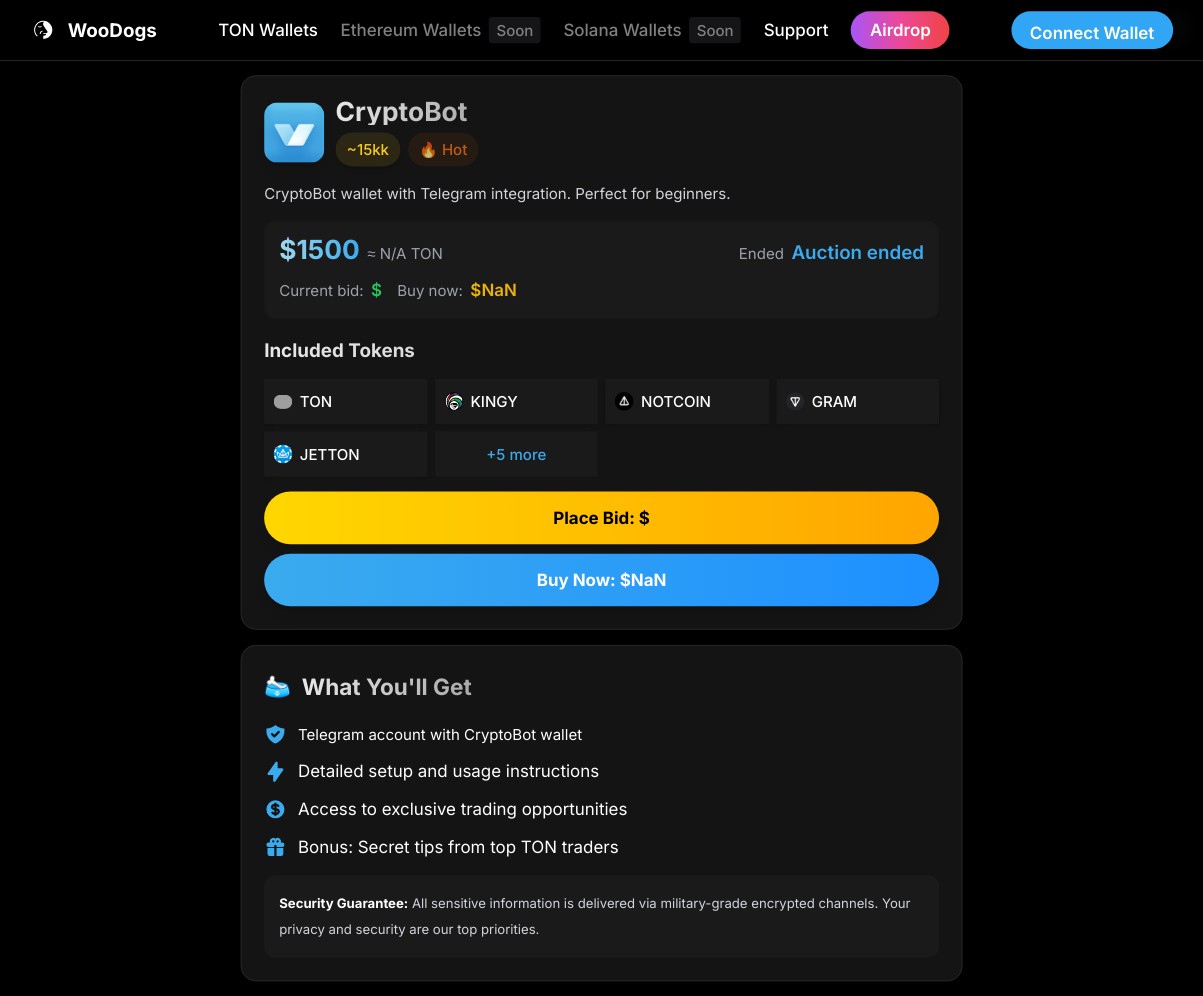
Repository: itititi/woofdogs_off
Page: /wallet/cryptobot-1
These files come from the project's save history. The page is drawn as it stood at one moment and after the next save; the edit follows.
The browser window is 1280 px wide. The pictures show the whole page, at 94% of full size.
Pictures or frames that could not be fetched are drawn as grey boxes. The page's requests for data from a server got no answer. The project was rebuilt for these pictures with package versions that can differ from the ones it lists, and the page was loaded fresh each time. The framework's server and built-in components were replaced by stand-ins that run in the browser. No one was signed in, and anything a server would have sent is missing. Also part of the build but not shown: next.config.mjs.

Above is the page before, as saved 2024-10-30 23:35:18.

After the next save:
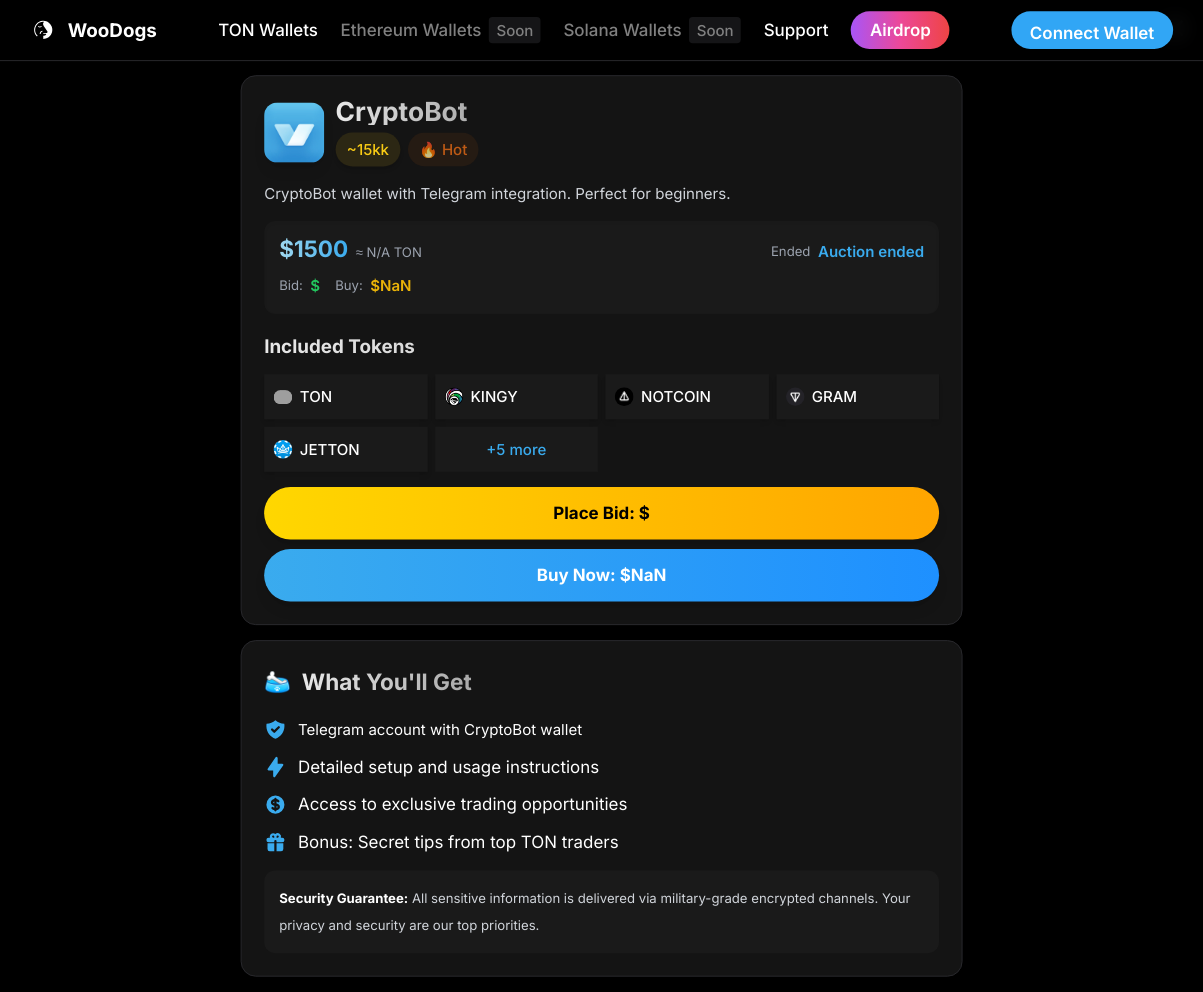
Saved 64 s later.
--- a/src/app/wallet/[id]/page.tsx
+++ b/src/app/wallet/[id]/page.tsx
@@ -158,33 +158,35 @@
 
             {/* Price section */}
             <div className="bg-[#1A1A1A] rounded-xl p-4 mb-4 shadow-inner">
-              <div className="flex flex-col gap-3">
-                <div className="flex items-baseline justify-between">
+              <div className="flex flex-col gap-2">
+                <div className="flex items-center justify-between">
                   <div className="flex items-baseline">
-                    <span className="text-[28px] font-bold bg-gradient-to-r from-[#A0D8EF] to-[#3AABEE] text-transparent bg-clip-text">
+                    <span className="text-[24px] font-bold bg-gradient-to-r from-[#A0D8EF] to-[#3AABEE] text-transparent bg-clip-text">
                       ${wallet.priceUSD}
                     </span>
-                    <span className="text-[16px] text-gray-400 ml-2">
+                    <span className="text-[14px] text-gray-400 ml-2">
                       ≈ {tonAmount} TON
                     </span>
                   </div>
                   <div className="flex items-center">
-                    <span className="text-[16px] text-gray-400 mr-2">
-                      {isAuctionEnded ? 'Ended' : 'Ends in:'}
-                    </span>
-                    <span className="text-[20px] font-semibold text-[#3AABEE]">
+                    <span className="text-[14px] text-gray-400 mr-2">
+                      {isAuctionEnded ? 'Ended' : 'Ends:'}
+                    </span>
+                    <span className="text-[16px] font-semibold text-[#3AABEE]">
                       {timeLeft}
                     </span>
                   </div>
                 </div>
-                <div className="flex items-center gap-4">
-                  <div>
-                    <span className="text-[16px] text-gray-400">Current bid:</span>
-                    <span className="text-[18px] font-semibold text-green-500 ml-2">${wallet.auctionPriceUSD}</span>
-                  </div>
-                  <div>
-                    <span className="text-[16px] text-gray-400">Buy now:</span>
-                    <span className="text-[18px] font-semibold text-yellow-500 ml-2">${buyNowPrice}</span>
+                <div className="flex items-center justify-between">
+                  <div className="flex items-center gap-4">
+                    <div className="flex items-center">
+                      <span className="text-[14px] text-gray-400">Bid:</span>
+                      <span className="text-[16px] font-semibold text-green-500 ml-2">${wallet.auctionPriceUSD}</span>
+                    </div>
+                    <div className="flex items-center">
+                      <span className="text-[14px] text-gray-400">Buy:</span>
+                      <span className="text-[16px] font-semibold text-yellow-500 ml-2">${buyNowPrice}</span>
+                    </div>
                   </div>
                 </div>
               </div>
